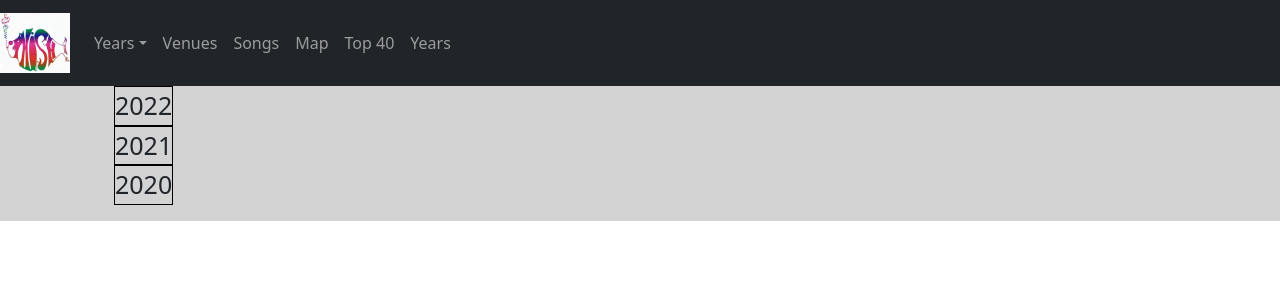
Repository: Jcparks84/gonePhishin
Page: / (app in my-app/)
The author's editor kept a copy of each file at every save. The page is drawn from the files as they stood at one save, then again after a run of saves.
The browser window is 1280 px wide. The pictures show the whole page.
The page's requests for data from a server got no answer. The project was rebuilt for these pictures with package versions that can differ from the ones it lists, and the page was loaded fresh each time. No one was signed in, and anything a server would have sent is missing. Also part of the build but not shown: my-app/src/components/audioPlayer/audioPlayer.js.

Above is the page before, as saved 2022-08-16 18:20:08.

### my-app/src/App.js
import './App.css';
import AudioPlayer from './components/audioPlayer/audioPlayer';
import Navbar from './components/navbar/navBar'
import YearPage from './pages/yearPage/yearPage';



function App() {
  const apiKey = process.env.REACT_APP_API_KEY


  return (
    <div className="App">
      <div>
      <Navbar fixed="top" />
      </div>
      <div>
        <YearPage/>
      </div>
      <div>
        {/* <AudioPlayer/> */}
      </div>

    </div>

  );
}

export default App;

### my-app/src/App.css
.App {
  text-align: center;
  background-color: #d3d3d3;
}

.App-logo {
  height: 40vmin;
  pointer-events: none;
}

@media (prefers-reduced-motion: no-preference) {
  .App-logo {
    animation: App-logo-spin infinite 20s linear;
  }
}

.App-header {
  background-color: #282c34;
  min-height: 100vh;
  display: flex;
  flex-direction: column;
  align-items: center;
  justify-content: center;
  font-size: calc(10px + 2vmin);
  color: white;
}

.App-link {
  color: #61dafb;
}

@keyframes App-logo-spin {
  from {
    transform: rotate(0deg);
  }
  to {
    transform: rotate(360deg);
  }
}

### my-app/src/components/navbar/navBar.js
import logo from '../images/phish.png'
import './navBar.css';
import 'bootstrap/dist/css/bootstrap.css'
import { Nav, Navbar, NavDropdown } from 'react-bootstrap'
import AudioPlayer from '../audioPlayer/audioPlayer';
import YearPage from '../../pages/yearPage/yearPage';



function NavBar() {
  return (
    <div className="navBar">
      <Navbar bg="dark" variant="dark"
        sticky="top" expand="sm" collapseOnSelect>
        <Navbar.Brand>
          <img src={logo} width="70px" height="60px" />{' '}
        </Navbar.Brand>

        <Navbar.Toggle className="coloring" />
        <Navbar.Collapse>
          <Nav>
            <NavDropdown title="Years">
              <NavDropdown.Item href="#years/2021">2021</NavDropdown.Item>
              <NavDropdown.Item href="#years/2020">2020</NavDropdown.Item>
              <NavDropdown.Item href="#years/2019">2019</NavDropdown.Item>
            </NavDropdown>
            <Nav.Link href="#Venues">Venues</Nav.Link>
            <Nav.Link href="#contact-us">Songs</Nav.Link>
            <Nav.Link href="#contact-us">Map</Nav.Link>
            <Nav.Link href="#contact-us">Top 40</Nav.Link>
            <Nav.Link path="#years">{YearPage}Years</Nav.Link>

          </Nav>
        </Navbar.Collapse>

      </Navbar>
    </div>
  );
}


export default NavBar;

### my-app/src/pages/yearPage/yearPage.js
import React from 'react'
import './yearPage.css'


function YearPage(){
    return(
        <div className='container'>
            <ul>
                <li>2022</li>
                <li>2021</li>
                <li>2020</li>
            </ul>
        </div>
    )
}

export default YearPage;

### my-app/src/components/navbar/navBar.css
.bg-myRed{
    background-color: crimson;
  }

  .content{
    padding: 12px;
    height: 3000px;
  }

  .coloring{
    color: black;
  }

  nav.link {
    align-items: center;
  }

### my-app/src/pages/yearPage/yearPage.css

.container {
    display: flex;
}

li {
    text-align: left;
    font-size: 25px;
    list-style-position:inside;
    border: 1px solid black;
}

ul {
    list-style-type: none;
}

Loaded but not shown: my-app/public/index.html (common file); my-app/src/index.js (common file); my-app/src/index.css (common file); my-app/src/reportWebVitals.js (common file)

After the next 3 saves:
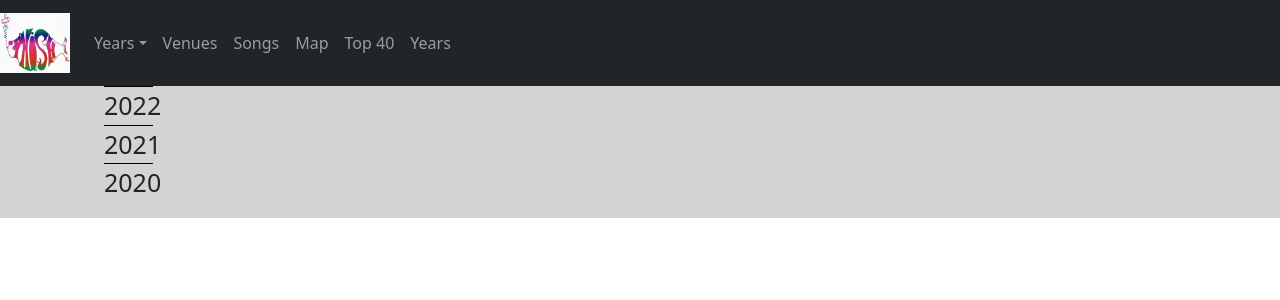
The 3 saves are shown as one change because they came seconds apart.
The last was saved 62 s later.
--- a/my-app/src/pages/yearPage/yearPage.css
+++ b/my-app/src/pages/yearPage/yearPage.css
@@ -6,8 +6,9 @@
 li {
     text-align: left;
     font-size: 25px;
-    list-style-position:inside;
-    border: 1px solid black;
+    border-top:solid black 1px;
+    width:103%;
+    margin-left:-10px;
 }
 
 ul {
